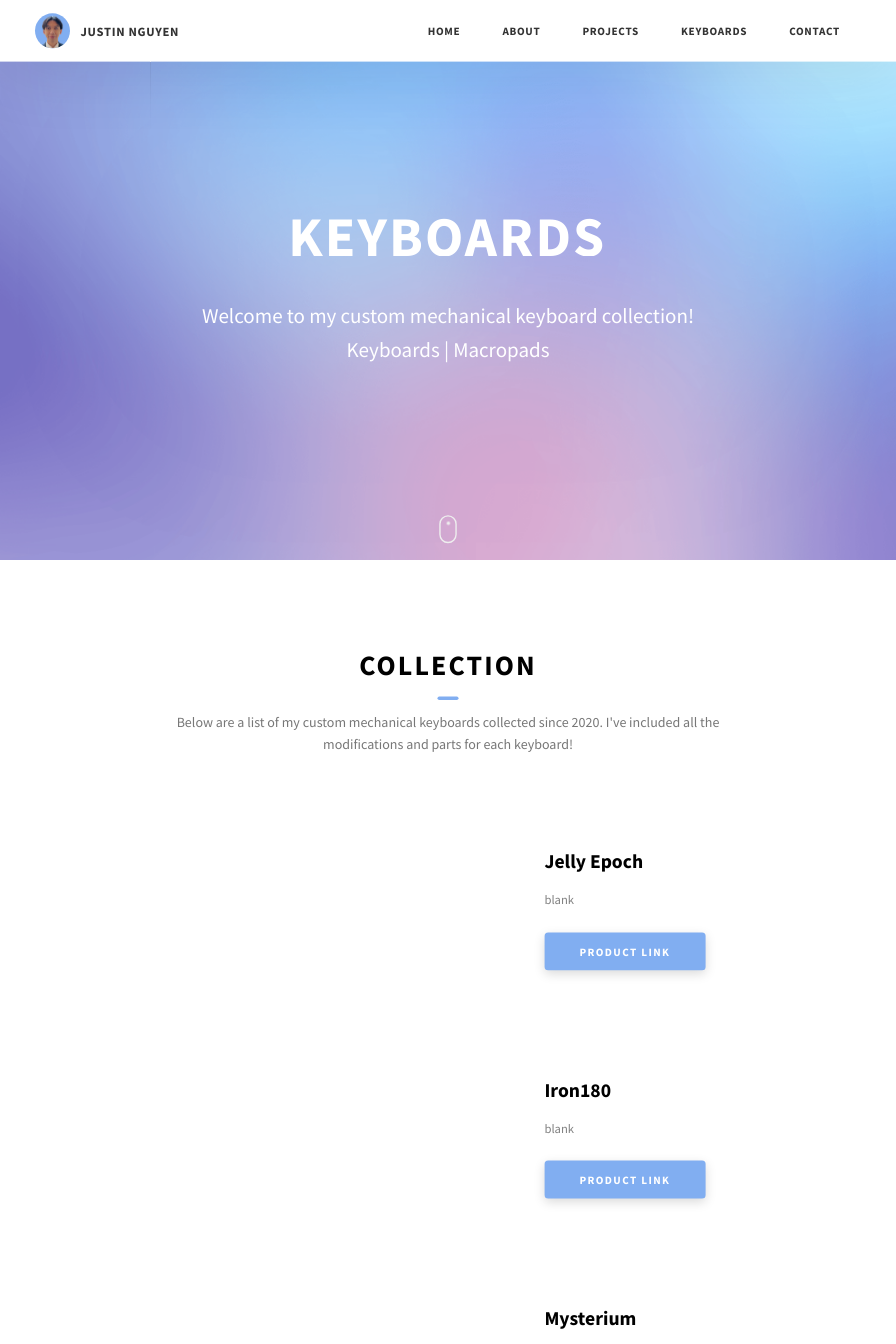
Repository: justinknguyen/Personal-Portfolio
Page: keyboards.html
An editor plug-in stored every save of this project. The page is shown before and after the next save, followed by the edit.
The browser window is 1280 px wide. The pictures show the part of the page from y = 0 to 1920 px (the page is 2965 px tall), at 70% of full size.
The style sheet was rebuilt from its Sass, Less or Tailwind sources for each picture, by a compiler version that may differ from the author's.

Above is the page before, as saved 2022-09-10 17:07:05.
Console error: TypeError: Cannot read properties of undefined (reading 'style')

### keyboards.html
<!DOCTYPE html>
<html lang="en">
  <head>
    <meta charset="UTF-8" />
    <meta name="viewport" content="width=device-width, initial-scale=1.0" />
    <meta http-equiv="X-UA-Compatible" content="ie=edge" />
    <title>Keyboards</title>
    <meta name="description" content="Case study page of Project" />

    <link rel="stylesheet" href="css/style.css" />

    <link rel="preconnect" href="https://fonts.googleapis.com" />
    <link rel="preconnect" href="https://fonts.gstatic.com" crossorigin />
    <link
      href="https://fonts.googleapis.com/css2?family=Source+Sans+Pro:wght@400;600;700;900&display=swap"
      rel="stylesheet"
    />
  </head>
  <body>

    <!-- **** Header of Homepage **** -->
    <header class="header">
      <div class="header__content">
        <div class="header__logo-container">
          <div class="header__logo-img-cont">
            <img
              src="./assets/png/justin.png"
              alt="Ram Maheshwari Logo Image"
              class="header__logo-img"
            />
          </div>
          <span class="header__logo-sub">Justin Nguyen</span>
        </div>
        <div class="header__main">
          <ul class="header__links">
            <li class="header__link-wrapper">
              <a href="./index.html" class="header__link"> Home </a>
            </li>
            <li class="header__link-wrapper">
              <a href="./index.html#about" class="header__link">About </a>
            </li>
            <li class="header__link-wrapper">
              <a href="./index.html#projects" class="header__link">
                Projects
              </a>
            </li>
            <li class="header__link-wrapper">
              <a
                href="./keyboards.html"
                class="header__link"
                >Keyboards</a
              >
            </li>
            <li class="header__link-wrapper">
              <a href="./index.html#contact" class="header__link"> Contact </a>
            </li>
          </ul>
          <div class="header__main-ham-menu-cont">
            <img
              src="./assets/svg/ham-menu.svg"
              alt="hamburger menu"
              class="header__main-ham-menu"
            />
            <img
              src="./assets/svg/ham-menu-close.svg"
              alt="hamburger menu close"
              class="header__main-ham-menu-close d-none"
            />
          </div>
        </div>
      </div>
      <div class="header__sm-menu">
        <div class="header__sm-menu-content">
          <ul class="header__sm-menu-links">
            <li class="header__sm-menu-link">
              <a href="./index.html"> Home </a>
            </li>

            <li class="header__sm-menu-link">
              <a href="./index.html#about"> About </a>
            </li>

            <li class="header__sm-menu-link">
              <a href="./index.html#projects"> Projects </a>
            </li>

            <li class="header__sm-menu-link">
              <a
                href="./keyboards.html"
                >Keyboards</a
              >
            </li>

            <li class="header__sm-menu-link">
              <a href="./index.html#contact"> Contact </a>
            </li>
          </ul>
        </div>
      </div>
    </header>
    <!-- END Header -->


    <!-- **** Hero Section of Homepage **** -->
    <section class="home-hero">
      <div class="home-hero__content">
        <div class="container">
          <div class="typed-out">
            <h1 class="heading-primary">Keyboards</h1>
          </div>
        </div>
        <div class="home-hero__info">
          <p class="text-primary">
            Welcome to my custom mechanical keyboard collection!
          </p>
          <p class="text-primary">

          </p>
          <p class="text-primary">
            Keyboards | Macropads
          </p>
        </div>
      </div>
      <div class="home-hero__mouse-scroll-cont">
        <div class="mouse"></div>
      </div>
    </section>
    <!-- /END Hero Section -->


    <!-- **** Projects Section of Homepage **** -->
    <section id="projects" class="projects sec-pad">
      <div class="main-container">
          <h2 class="heading heading-sec heading-sec__mb-bg">
            <span class="heading-sec__main">Collection</span>
            <span class="heading-sec__sub">
              Below are a list of my custom mechanical keyboards collected since 2020.
              I've included all the modifications and parts for each keyboard!
            </span>
          </h2>

          <div class="projects__content">
            <div class="projects__row">
              <div class="projects__row-img-cont">
                <!-- <img
                  src="./assets/png/iot-1.png"
                  alt="Software Screenshot"
                  class="projects__row-img"
                  loading="lazy"
                  style="width: 50%; position: relative; left: 50%; transform: translateX(-50%);"
                /> -->
              </div>
              <div class="projects__row-content">
                <h3 class="projects__row-content-title">Jelly Epoch</h3>
                <p class="projects__row-content-desc">
                  blank
                </p>
                <a
                  rel="noreferrer" href="https://github.com/justinknguyen/IoT-Projects/blob/main/ESP32%20-%20Dinner/Dinner_ESP32.ino"
                  class="btn btn--med btn--theme dynamicBgClr"
                  target="_blank"
                  >Product Link</a
                >
              </div>
            </div>
            <div class="projects__row">
              <div class="projects__row-img-cont">
                <!-- <img
                  src="./assets/jpeg/ios-ss1.jpg"
                  alt="Software Screenshot"
                  class="projects__row-img"
                  loading="lazy"
                  style="width: 70%; position: relative; left: 50%; transform: translateX(-50%);"
                /> -->
              </div>
              <div class="projects__row-content">
                <h3 class="projects__row-content-title">Iron180</h3>
                <p class="projects__row-content-desc">
                  blank
                </p>
                <a
                  rel="noreferrer" href="https://github.com/justinknguyen/iOS-Messaging-App"
                  class="btn btn--med btn--theme dynamicBgClr"
                  target="_blank"
                  >Product Link</a
                >
              </div>
            </div>
            <div class="projects__row">
              <div class="projects__row-img-cont">
                <!-- <img
                  src="./assets/png/prisoner-ss.png"
                  alt="Software Screenshot"
                  class="projects__row-img"
                  loading="lazy"
                  style="width: 80%; position: relative; left: 50%; transform: translateX(-50%);"
                /> -->
              </div>
              <div class="projects__row-content">
                <h3 class="projects__row-content-title">Mysterium</h3>
                <p class="projects__row-content-desc">
                  blank
                </p>
                <a
                  rel="noreferrer" href="https://github.com/justinknguyen/prisoner-riddle"
                  class="btn btn--med btn--theme dynamicBgClr"
                  target="_blank"
                  >Product Link</a
                >
              </div>
            </div>
            <div class="projects__row">
              <div class="projects__row-img-cont">
                <!-- <img
                  src="./assets/png/piguide-ss.png"
                  alt="Software Screenshot"
                  class="projects__row-img"
                  loading="lazy"
                  style="width: 100%; position: relative; left: 50%; transform: translateX(-50%);"
                /> -->
              </div>
              <div class="projects__row-content">
                <h3 class="projects__row-content-title">Discipline</h3>
                <p class="projects__row-content-desc">
                  blank
                </p>
                <a
                  rel="noreferrer" href="https://github.com/justinknguyen/PiGuide"
                  class="btn btn--med btn--theme dynamicBgClr"
                  target="_blank"
                  >Product Link</a
                >
              </div>
            </div>
          </div>

      </div>
    </section>
    <!-- END Projects Section -->


    <!-- **** Footer Section **** -->
    <footer class="main-footer">
      <div class="main-container">
        <div class="main-footer__upper">
          <div class="main-footer__row main-footer__row-1">
            <h2 class="heading heading-sm main-footer__heading-sm">
              <span>Social</span>
            </h2>
            <div class="main-footer__social-cont">
              <a target="_blank" rel="noreferrer" href="https://www.linkedin.com/in/justin-nguyen-194339184">
                <img
                  class="main-footer__icon"
                  src="./assets/png/linkedin-ico.png"
                  alt="icon"
                />
              </a>
              <a target="_blank" rel="noreferrer" href="https://github.com/justinknguyen">
                <img
                  class="main-footer__icon main-footer__icon--mr-none"
                  src="./assets/png/github-ico2.png"
                  alt="icon"
                />
              </a>
            </div>
          </div>
          <div class="main-footer__row main-footer__row-2">
            <h4 class="heading heading-sm text-lt">Justin Nguyen</h4>
            <p class="main-footer__short-desc">
              M.Eng Software Engineering student with a background in Electrical Engineering. Always willing
              to learn and improve my skillset.
            </p>
            <p class="main-footer__short-desc">
              This website is hosted on my Raspberry Pi 4 Model B. You can view the steps
                I've gone through on my
                <u><a rel="noreferrer" href="https://github.com/justinknguyen/PiGuide" target="_blank">
                  Github repo</a></u>
                along with guides for many other applications!
            </p>
          </div>
        </div>

        <!-- If you give me some credit or shoutout here by linking to my website, then it will be a big thing for me and will help me a lot :) -->
        <div class="main-footer__lower">
          &copy; Copyright 2022. Made by
          <a rel="noreferrer" target="_blank" href="https://rammaheshwari.com"
            >Ram Maheshwari</a
          > modified by
          <a rel="noreferrer" target="_blank" href="https://justinknguyen.ca"
            >Justin Nguyen</a
          >.
        </div>
      </div>
    </footer>
    <!-- END Footer Section -->


    <script src="./index.js"></script>
  </body>
</html>

Loaded but not shown: index.js (68 lines, source omitted); css/style.css (919 lines, source omitted)

After the next save:
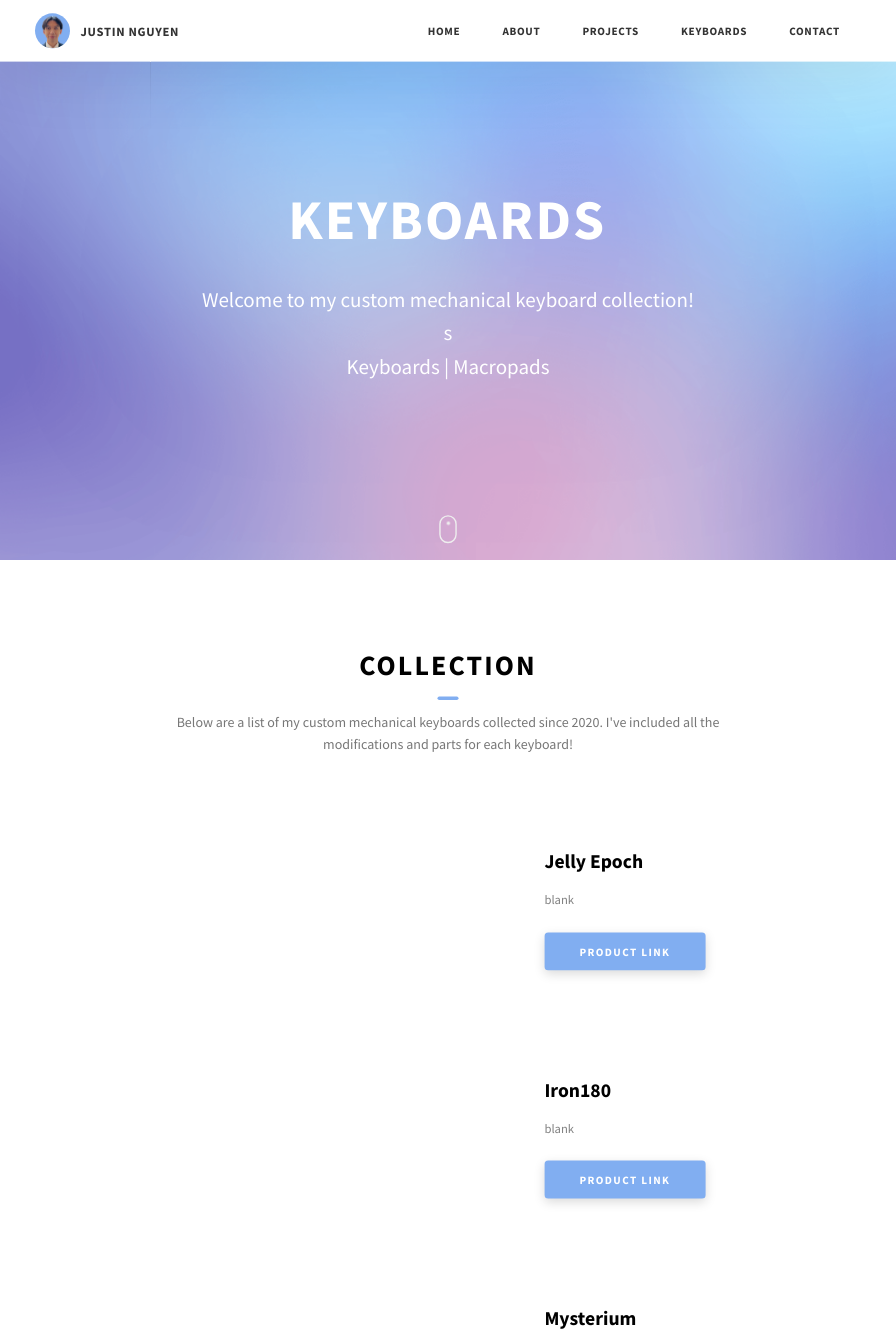
Saved 11 s later.
--- a/keyboards.html
+++ b/keyboards.html
@@ -114,7 +114,7 @@
             Welcome to my custom mechanical keyboard collection!
           </p>
           <p class="text-primary">
-
+             s
           </p>
           <p class="text-primary">
             Keyboards | Macropads

After the save that followed:
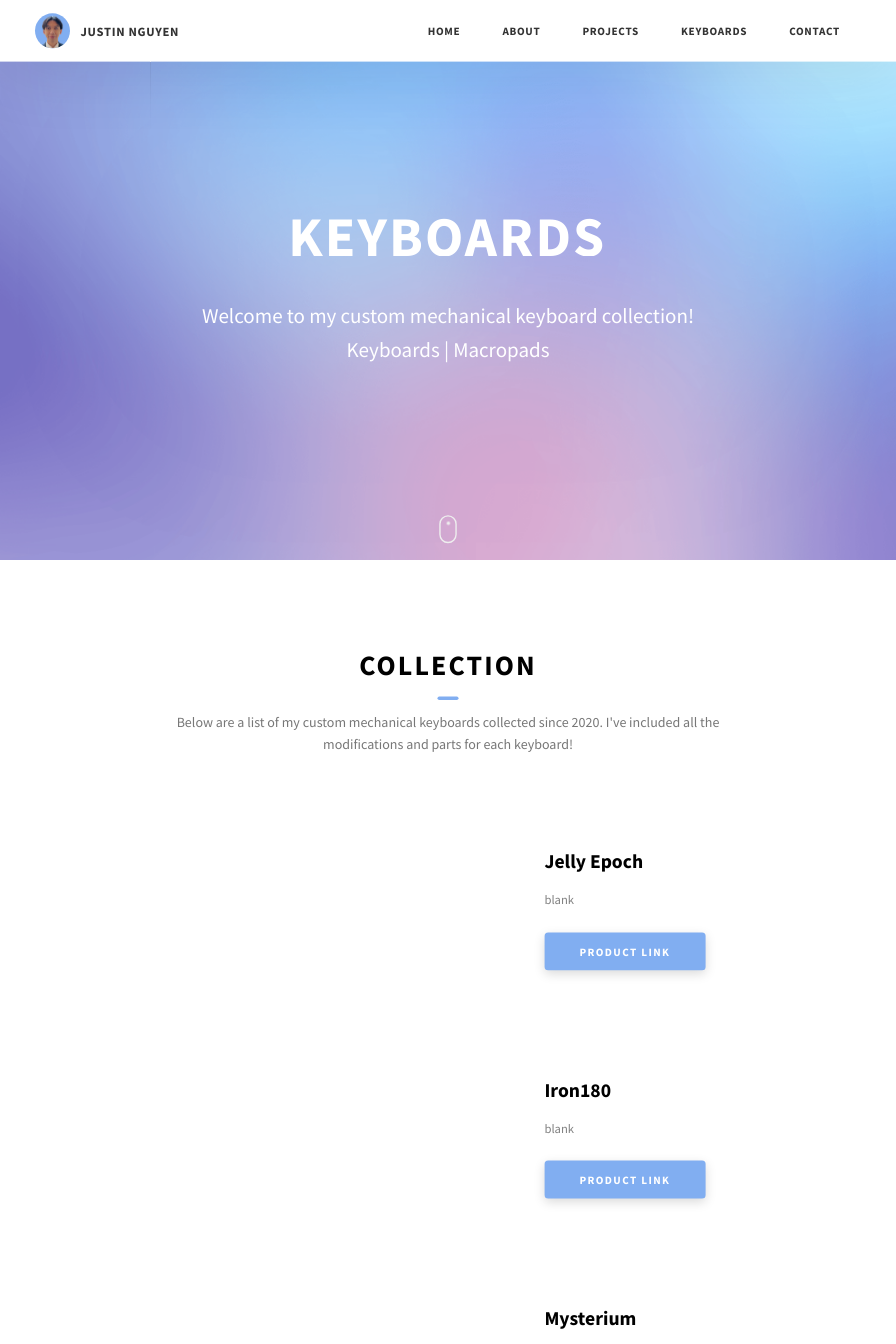
Saved 9 s later.
--- a/keyboards.html
+++ b/keyboards.html
@@ -112,9 +112,6 @@
         <div class="home-hero__info">
           <p class="text-primary">
             Welcome to my custom mechanical keyboard collection!
-          </p>
-          <p class="text-primary">
-             s
           </p>
           <p class="text-primary">
             Keyboards | Macropads
